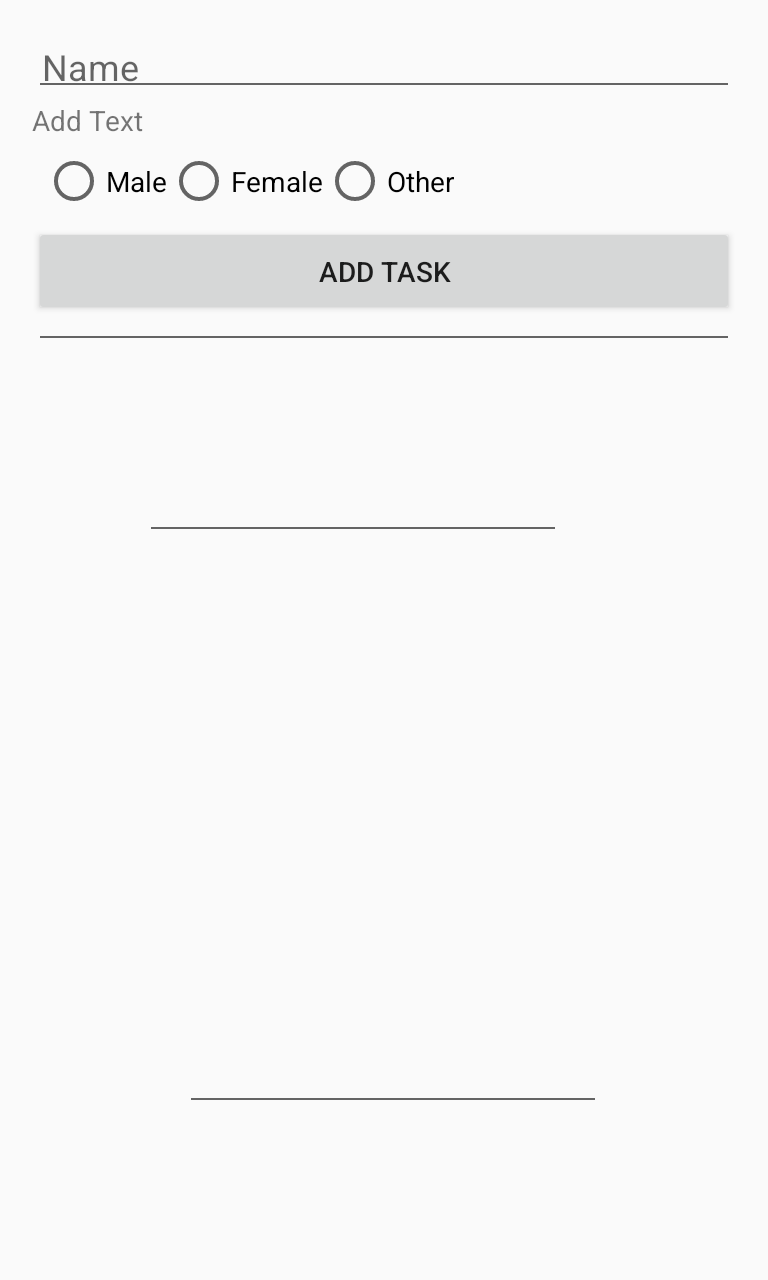
Repository: ThatCrazyIrishGuy/guiAndroidAssignment
Layout: ShoppingList/res/layout/activity_user_detail_form.xml
An editor plug-in stored every save of this project. The layout is shown before and after the next save, followed by the edit.
It is drawn on a 768 x 1280 px phone screen (xhdpi) without system bars, with theme AppTheme; the app's code is not run.

Above is the layout before, as saved 2014-11-08 17:34:15.

After the next save:
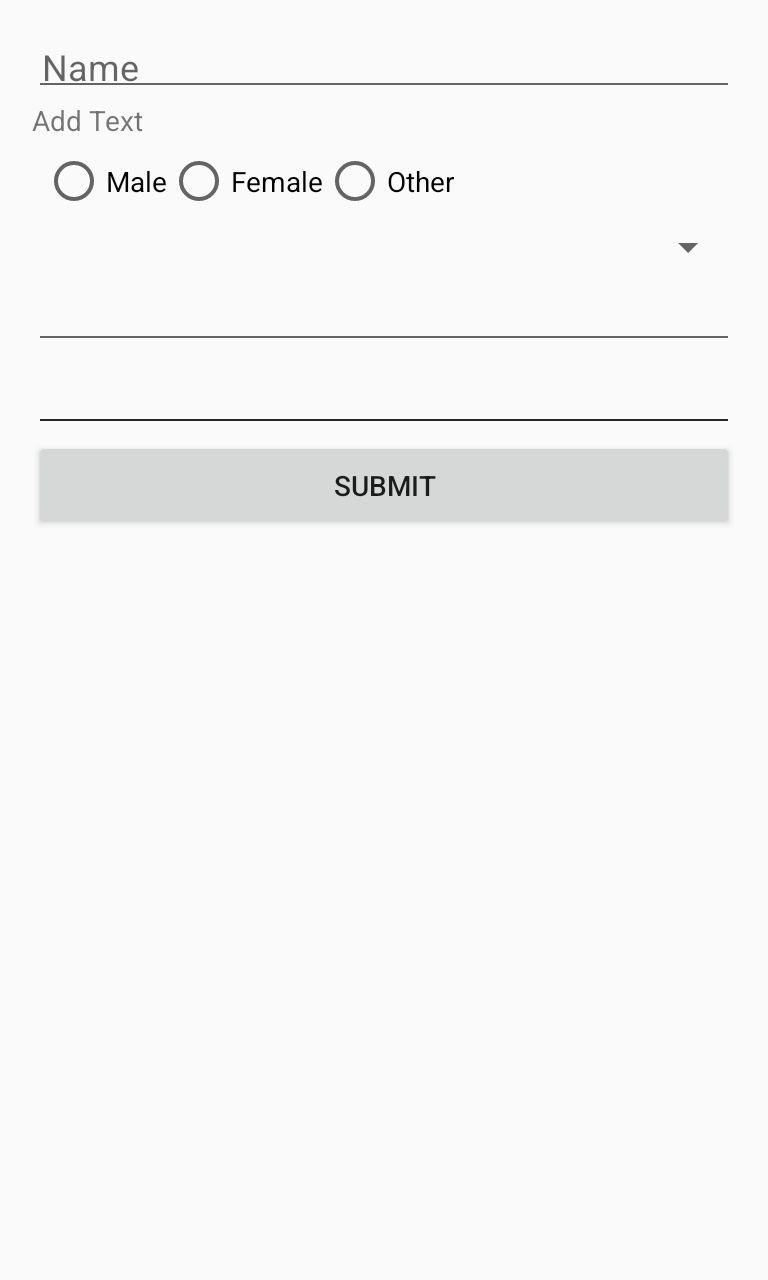
Saved 4 min 25 s later.
--- a/ShoppingList/res/layout/activity_user_detail_form.xml
+++ b/ShoppingList/res/layout/activity_user_detail_form.xml
@@ -53,14 +53,6 @@
  		android:padding="5dp"
     />
 
-    <Button
-        android:layout_below="@+id/gender"
-        android:id="@+id/submit"
-        android:layout_width="fill_parent"
-        android:layout_height="wrap_content"
-        android:text ="Add Task"
-    />
-
     <EditText
         android:id="@+id/age"
         android:layout_below="@+id/job"
@@ -70,26 +62,27 @@
     />
 
    <EditText
-        android:id="@+id/editText1"
-        android:layout_width="wrap_content"
+        android:id="@+id/money"
+        android:layout_below="@+id/age"
+        android:layout_width="fill_parent"
         android:layout_height="wrap_content"
-        android:layout_below="@+id/age"
-        android:layout_marginTop="54dp"
-        android:layout_toRightOf="@+id/genderLabel"
-        android:ems="10"
         android:inputType="numberDecimal"
     />
 
     <EditText
-        android:id="@+id/editText2"
-        android:layout_width="wrap_content"
+        android:id="@+id/email"
+        android:layout_below="@+id/age"
+        android:layout_width="fill_parent"
         android:layout_height="wrap_content"
-        android:layout_alignLeft="@+id/editText1"
-        android:layout_alignParentBottom="true"
-        android:layout_marginBottom="66dp"
-        android:layout_marginLeft="20dp"
-        android:ems="10"
         android:inputType="textEmailAddress"
      />
 
+        <Button
+        android:layout_below="@+id/email"
+        android:id="@+id/submit"
+        android:layout_width="fill_parent"
+        android:layout_height="wrap_content"
+        android:text ="Submit"
+    />
+
 </RelativeLayout>
